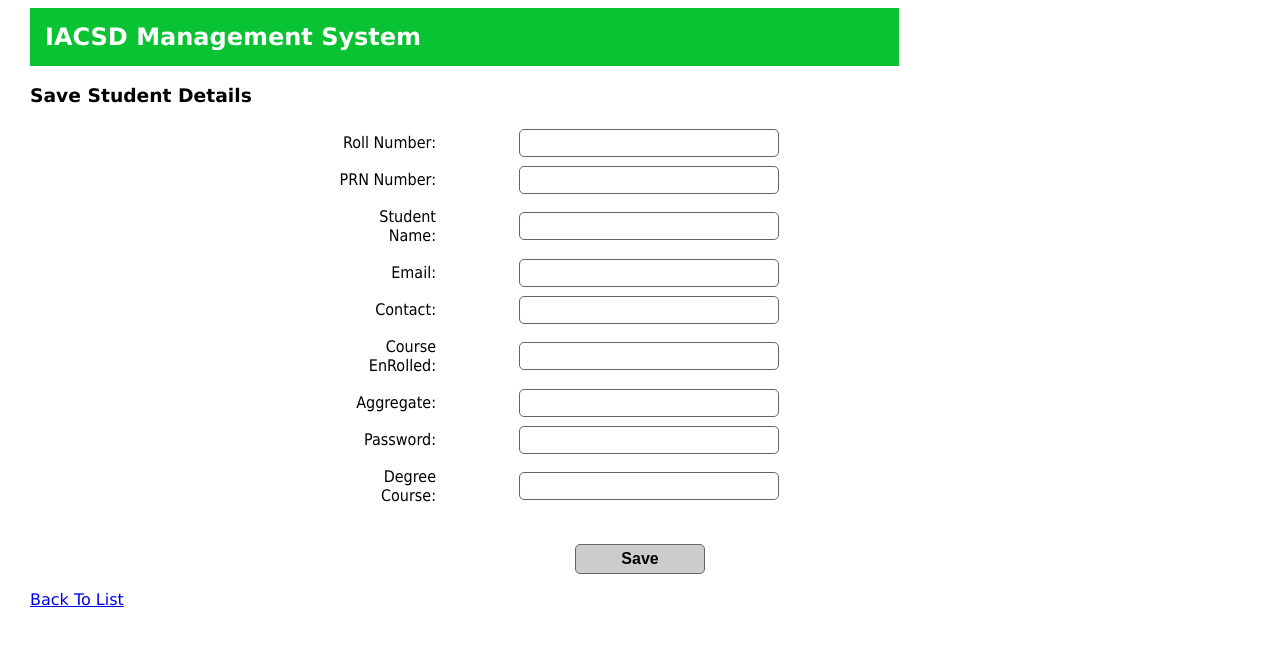
Repository: vsc8791/IMS
Page: http://localhost/web-customer-tracker/WEB-INF/view/student-form.jsp
The author's editor kept a copy of each file at every save. The page is drawn from the files as they stood at one save, then again after the next save.
The browser window is 1280 px wide. The pictures show the whole page.
The page is served by Tomcat 9. Nobody is signed in. Other server files are loaded and not shown. The template is opened directly, without the code that normally fills it, so the values that code supplies are empty.

Above is the page before, as saved 2018-07-26 12:39:29.

### web-customer-tracker/WebContent/WEB-INF/view/student-form.jsp
 <%@ taglib prefix="form" uri="http://www.springframework.org/tags/form"%>
<!DOCTYPE html>
<html>
<head>

<title>Save Student</title>
<link type="text/css" rel="stylesheet"
	href="${pageContext.request.contextPath}/resources/css/style.css">

<title>Save Student</title>
<link type="text/css" rel="stylesheet"
	href="${pageContext.request.contextPath}/resources/css/add-customer-style.css">
</head>
<body>
	<div id="wrapper">
		<div id="header">
			<h2>IACSD Management System</h2>
		</div>
	</div>
	<div>
		<h3>Save Student Details</h3>
		<form:form action="saveStudent" modelAttribute="student"
			method="POST">
			<!-- need to associate this data with Student Id -->
			<form:hidden path="id"/>

			<table align="center">
				<tbody>
					<tr>
						<td><label>Roll Number:</label></td>
						<td><form:input path="rollNumber" type="number" /></td>
					</tr>
					<tr>
						<td><label>PRN Number:</label></td>
						<td><form:input path="prnNumber" type="number"/></td>
					</tr>
					<tr>
						<td><label>Student Name:</label></td>
						<td><form:input path="studentName" /></td>
					</tr>
					<tr>
						<td><label>Email:</label></td>
						<td><form:input path="email" type="email"/></td>
					</tr>
					<tr>
						<td><label>Contact:</label></td>
						<td><form:input path="contact" /></td>
					</tr>
					<tr>
						<td><label>Course EnRolled:</label></td>
						<td><form:input path="course_enrolled" /></td>
					</tr>
					<tr>
						<td><label>Aggregate:</label></td>
						<td><form:input path="aggregate"/></td>
					</tr>
					<tr>
						<td><label>Password:</label></td>
						<td><form:input path="password" type="password" /></td>
					</tr>
					<tr>
						<td><label>Degree Course:</label></td>
						<td><form:input path="degree_course"/></td>
					</tr>

				</tbody>
			</table>
		</form:form>
	<center> <input type="submit" value="Save" class="save" /> </center>
		<div style="clear;both;"></div>
		<p><a href="${pageContext.request.contextPath}/student/list">Back To List</a></p>
	</div>

</body>


</html>

### web-customer-tracker/WebContent/resources/css/style.css
html, body{
	margin-left:15px; margin-right:15px;
	padding:0px;
	font-family:Verdana, Arial, Helvetica, sans-serif;
}

table {
	border-collapse:collapse;
	border-bottom:1px solid gray;
	font-family: Tahoma,Verdana,Segoe,sans-serif;
	width:72%;
}

th {
	border-bottom:1px solid gray;
	background:none repeat scroll 0 0 #09c332;
	padding:10px;
	color: #FFFFFF;
}

tr {
	border-top:1px solid gray;
	text-align:center;
}

tr:nth-child(even) {background: #FFFFFF}
tr:nth-child(odd) {background: #BBBBBB}

#wrapper {width: 100%; margin-top: 0px; }
#header {width: 70%; background:#09c332; margin-top: 0px; padding:15px 0px 15px 15px;}
#header h2 {width: 100%; margin:auto; color: #FFFFFF;}
#container {width: 100%; margin:auto}
#container h3 {color: #000;}
#container #content {margin-top: 20px;}

.add-button {
	border: 1px solid #666;
	border-radius: 5px;
	padding: 4px;
	font-size: 12px;
	font-weight: bold;
	width: 120px;
	padding: 5px 10px;

	margin-bottom: 15px;
	background: #cccccc;
}

Loaded but not shown: web-customer-tracker/WebContent/resources/css/add-customer-style.css (common file)

After the next save:
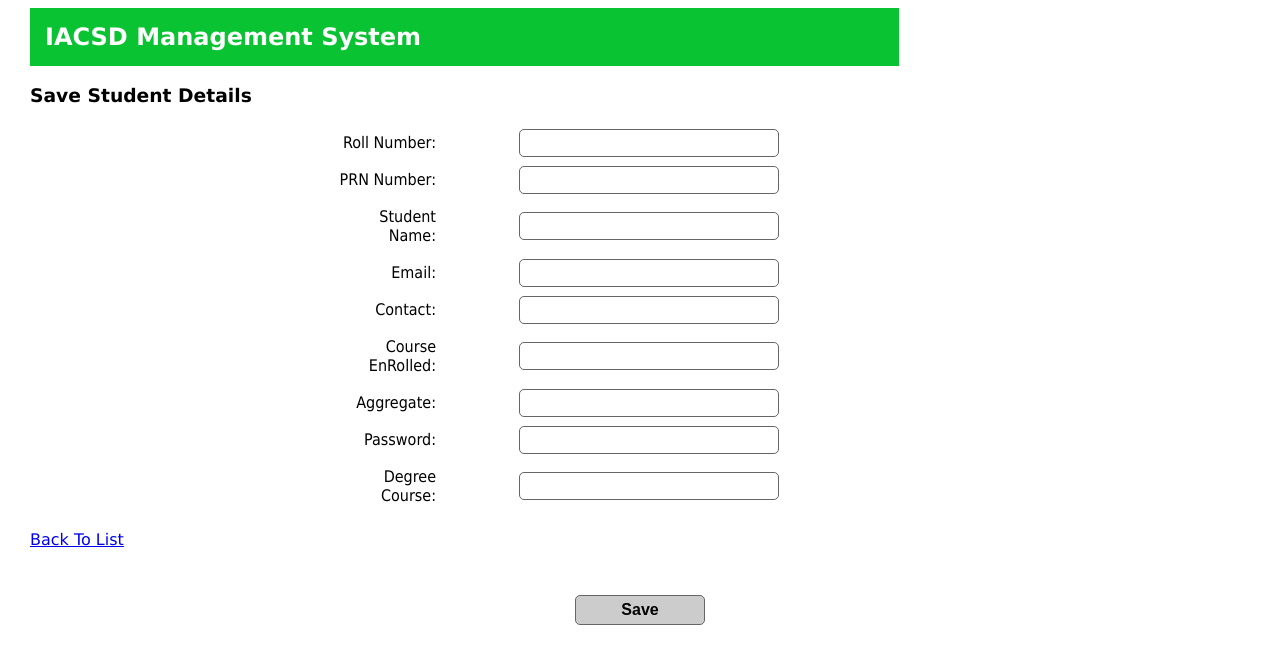
Saved 31 s later.
--- a/web-customer-tracker/WebContent/WEB-INF/view/student-form.jsp
+++ b/web-customer-tracker/WebContent/WEB-INF/view/student-form.jsp
@@ -66,11 +66,11 @@
 				</tbody>
 			</table>
 		</form:form>
-	<center> <input type="submit" value="Save" class="save" /> </center>
+
 		<div style="clear;both;"></div>
 		<p><a href="${pageContext.request.contextPath}/student/list">Back To List</a></p>
 	</div>
-
+             <center> <input type="submit" value="Save" class="save" /> </center>
 </body>
 
 
